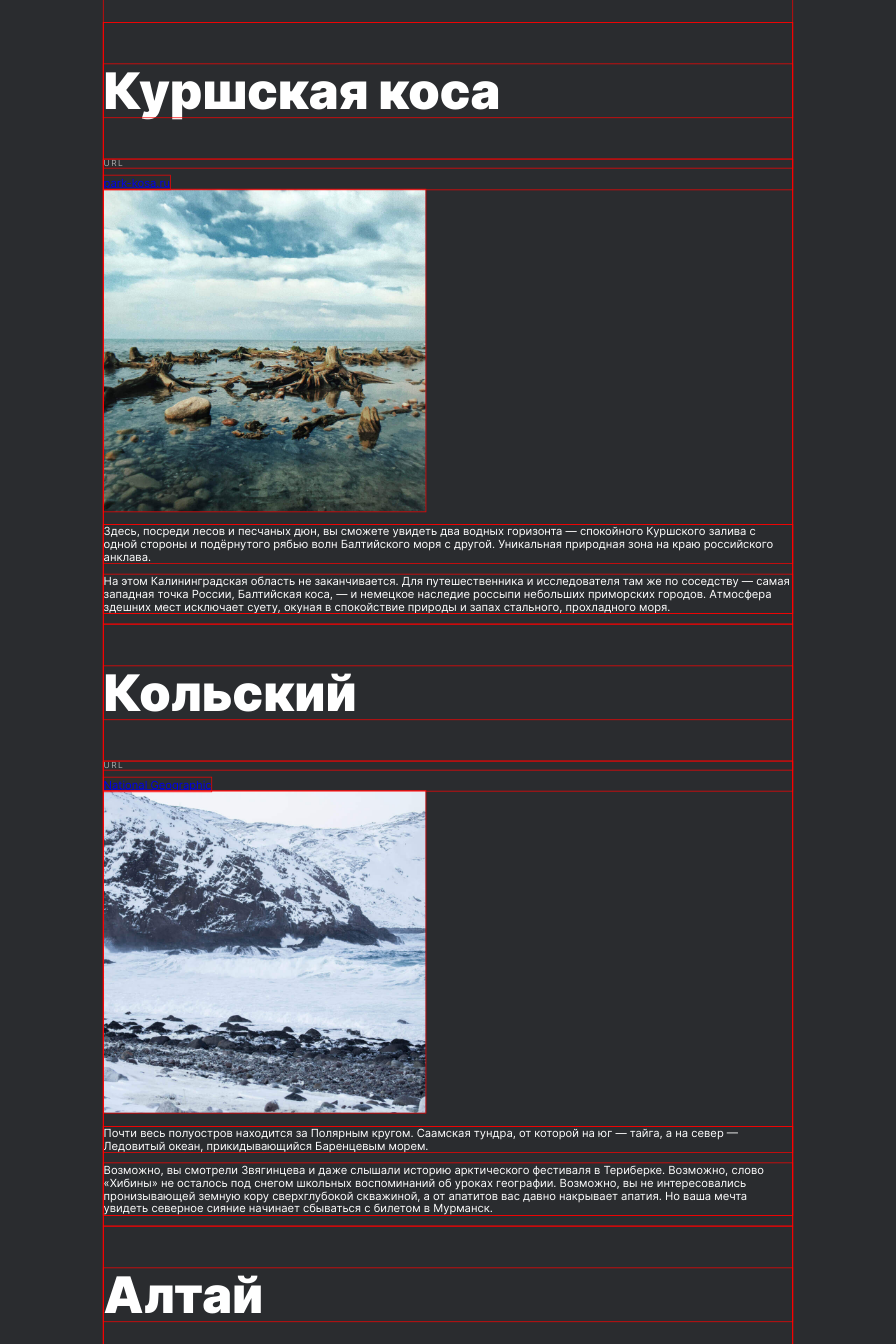
Repository: 89373611988/russia-travel
Page: index.html
These files come from the project's save history. The page is drawn as it stood at one moment and after the next save; the edit follows.
The browser window is 1280 px wide. The pictures show the part of the page from y = 2814 to 4734 px (the page is 8058 px tall before and 8076 px after), at 70% of full size.

Above is the page before, as saved 2021-12-22 20:48:10.

### index.html
<!DOCTYPE html>
<html lang="ru">
  <head>
    <meta charset="UTF-8" />
    <meta name="viewport" content="width=device-width, initial-scale=1">
    <title>Путешествие по России</title>
    <link rel="stylesheet" href="pages/index.css" />
  </head>

  <body>
    <div class="page">
      <header class="header page__header">
        <img src="./images/header-logo.svg" alt="" class="header__logo">
        <ul class="header__list">
          <li class="header__item">
            <a href="#" target="_blank" class="header__lang-link">Ru</a>
          </li>
          <li class="header__item">
            <a href="#" target="_blank" class="header__lang-link">En</a>
          </li>
        </ul>
      </header>
      <main class="content">

        <section class="lead">
          <h1 class="lead__title">Путешествия по России</h1>
          <p class="lead__subtitle">Настоящая страна не в выпусках новостей, а здесь.</p>
          <img src="./images/lead-polka.jpg" alt="Отдых в вагоне" class="lead__image">
          <p class="lead__caption">ваша полка — верхняя</p>
        </section>


        <section class="intro page__intro">
          <h2 class="intro__title">Чего мы там не видели?</h2>
          <p class="intro__text">По опросам ВЦИОМ, 95% россиян мечтают куда-нибудь поехать, но только 36% планируют провести отпуск в родной стране. Мол, чего мы тут, дома, не видели? На самом деле, Россия — это целая вселенная с ласковым морем юга, густыми лесами Саян и суровыми льдами плато Путорана. А ещё увидеть все эти красоты можно без миллионов на счету, загранпаспорта и многочасовых перелетов. Как, например, Вера Башмакова — смелая молодая мама, которая взяла в охапку троих детей, усадила их в свою «Ладу» и проехала 20 тысяч километров по родной стране. Мы выбрали и описали некоторые интересные места, достойные вашего отпуска.</p>
          <ul class="intro__list">
            <li class="intro__item">Часовых поясов
              <span class="intro__number">11</span>
            </li>
            <li class="intro__item">Объектов природного наследия ЮНЕСКО
              <span class="intro__number">12</span>
            </li>
            <li class="intro__item">Объектов культурного наследия ЮНЕСКО
              <span class="intro__number">16</span>
            </li>
            <li class="intro__item">Природных заповедников
              <span class="intro__number">105</span>
            </li>
            <li class="intro__item">Аэропортов
              <span class="intro__number">241</span>
            </li>
          </ul>
        </section>


        <section class="photo-grid">
          <img src="./images/photo-grid-train.jpg" alt="Вид из окна вагона" class="photo-grid__item">
          <img src="./images/photo-grid-atharva-tulsi.jpg" alt="Облака в горах" class="photo-grid__item">
          <img src="./images/photo-grid-tuman.jpg" alt="Собака на сене" class="photo-grid__item">
          <img src="./images/photo-grid-sochi.jpg" alt="Туман в горах" class="photo-grid__item">
          <img src="./images/photo-grid-arisa.jpg" alt="Машина на льду" class="photo-grid__item">
          <img src="./images/photo-grid-baikal.jpg" alt="Берег Байкала" class="photo-grid__item">
          <img src="./images/photo-grid-elbrus.jpg" alt="Гора Эльбрус" class="photo-grid__item">
          <img src="./images/photo-grid-kondratiev.jpg" alt="Пешеходный переход" class="photo-grid__item">
          <img src="./images/photo-grid-kamchatka-1.jpg" alt="Горный барельеф на Камчатке" class="photo-grid__item">
          <img src="./images/photo-grid-kamchatka-2.jpg" alt="Камчатка Гора" class="photo-grid__item">
          <img src="./images/photo-grid-baikal-2.jpg" alt="Горный берг Байкала" class="photo-grid__item">
          <img src="./images/photo-grid-ergaki.jpg" alt="Горы в тумане" class="photo-grid__item">
        </section>


        <section class="places page__places">
          <div class="place">
            <h2 class="place__title">Куршская коса</h2>
            <div class="place__website">
              <h3 class="place__url-heading">URL</h3>
              <a href="http://park-kosa.ru" class="place__link">park-kosa.ru</a>
            </div>
            <img src="./images/place-kosa.jpg" alt="Куршский залив" class="place__image">
            <div class="place__container">
              <p class="place__paragraph">Здесь, посреди лесов и песчаных дюн, вы сможете увидеть два водных горизонта — спокойного Куршского залива с одной стороны и подёрнутого рябью волн Балтийского моря с другой. Уникальная природная зона на краю российского анклава.</p>
            <p class="place__paragraph">На этом Калининградская область не заканчивается. Для путешественника и исследователя там же по соседству — самая западная точка России, Балтийская коса, — и немецкое наследие россыпи небольших приморских городов. Атмосфера здешних мест исключает суету, окуная в спокойствие природы и запах стального, прохладного моря.</p>
            </div>
          </div>
          <div class="place">
            <h2 class="place__title">Кольский</h2>
            <div class="place__website">
              <h3 class="place__url-heading">URL</h3>
              <a href="https://yourshot.nationalgeographic.com/photos/?keywords=kolskiy" class="place__link">National Geographic</a>
            </div>
            <img src="./images/place-kolsky.jpg" alt="Кольский полуостров" class="place__image">
            <div class="place__container">
              <p class="place__paragraph">Почти весь полуостров находится за Полярным кругом. Саамская тундра, от которой на юг — тайга, а на север — Ледовитый океан, прикидывающийся Баренцевым морем.</p>
              <p class="place__paragraph">Возможно, вы смотрели Звягинцева и даже слышали историю арктического фестиваля в Териберке. Возможно, слово «Хибины» не осталось под снегом школьных воспоминаний об уроках географии. Возможно, вы не интересовались пронизывающей земную кору сверхглубокой скважиной, а от апатитов вас давно накрывает апатия. Но ваша мечта увидеть северное сияние начинает сбываться с билетом в Мурманск.</p>
            </div>
          </div>
          <div class="place">
            <h2 class="place__title">Алтай</h2>
            <div class="place__website">
              <h3 class="place__url-heading">URL</h3>
              <a href="https://www.facebook.com/vera.bashmakova/posts/10156011613718822" class="place__link">Facebook</a>
            </div>
            <img src="./images/place-altai.jpg" alt="Природа Алтая" class="place__image">
            <div class="place__container">
              <p class="place__paragraph">Алтай — одно из красивейших мест в России.
                В первую очередь из-за гор: если ехать вдоль хребта, вы увидите склоны, усыпанные соснами, горные реки и озёра. А если вы откроете в автомобиле окна, сможете познакомиться с невидимым чудом здешних мест — горным воздухом.</p>
              <p class="place__paragraph">Климат на Алтае умеренный, поэтому ехать сюда лучше всего летом. Так вы увидите всё разнообразие местной флоры и фауны. По лесам Алтая бродят лоси, над хребтами летают орлы, а на равнинах пасутся косули. И знаменитые манулы — тоже обитатели Алтайского края.</p>
            </div>
          </div>
          <div class="place">
            <h2 class="place__title">Зимний Байкал</h2>
            <div class="place__website">
              <h3 class="place__url-heading">URL</h3>
              <a href="https://vk.com/baikalmile" class="place__link">https://vk.com/baikalmile</a>
            </div>
            <img src="./images/place-winter-baikal.jpg" alt="Морозные узора" class="place__image">
            <div class="place__container">
              <p class="place__paragraph">Всем известен Байкал как крупнейшее озеро
                в мире. Многие также знают, что это самый большой источник пресной воды и одно из красивейших мест в России.</p>
              <p class="place__paragraph">Конечно, это всё так. Но Байкал ещё идеальное    место для соревнований по скийорингу. Это такой вид спорта, когда лыжник привязывает себя к мотоциклу, и тандем старается развить как можно бóльшую скорость на льду. В марте 2019 года на фестивале «Байкальская миля» был поставлен мировой рекорд — 197.011 км/ч.</p>
            </div>
          </div>
          <div class="place">
            <h2 class="place__title">Карелия</h2>
            <div class="place__website">
              <h3 class="place__url-heading">URL</h3>
              <a href="http://vodlozero.ru" class="place__link">http://vodlozero.ru/</a>
            </div>
            <img src="./images/place-karelia.jpg" alt="Река в лесу" class="place__image">
            <div class="place__container">
              <p class="place__paragraph">Сибирь заканчивается не на Урале, а в Карелии: образующая тайгу сибирская лиственница не растёт западнее Водлозера. Зато здесь она вымахивает на 30 метров — леса карельских национальных парков из-за непроходимых болот никогда не знали топора. Некоторым соснам уже больше чем полтысячелетия. Прикоснитесь к живому существу, видевшему солнце раньше, чем увидал его Иван Грозный. В девственном лесу на сотню километров не встретишь тропы. А на редких тропинках деревья в паре метров от земли помечены медвежьими когтями. Чтобы все знали, кто тут хозяин.</p>
            </div>
          </div>
        </section>


        <section class="cover page__cover">
          <a href="https://stampsy.com/na-elektrichkakh-do-baikala" class="cover__overlay">
            <h2 class="cover__title">До Байкала «на собаках»</h2>
            <p class="cover__subtitle">По мотивам учебной темы о Транссибе — путешествие от столицы до Байкала на электричках.</p>
          </a>
        </section>
      </main>


      <footer class="footer">
        <ul class="footer__list">
          <li class="footer__item">
            <a href="https://yandex.ru/maps" class="footer__link">Карты</a>
          </li>
          <li class="footer__item">
            <a href="https://yandex.ru/pogoda" class="footer__link">Погода</a>
          </li>
          <li class="footer__item">
            <a href="https://rasp.yandex.ru" class="footer__link">Расписание</a>
          </li>
          <li class="footer__item">
            <a href="https://calendar.yandex.ru" class="footer__link">Календарь</a>
          </li>
          <li class="footer__item">
            <a href="https://travel.yandex.ru" class="footer__link">Путешествия</a>
          </li>
        </ul>
        <p class="footer__copyright">&copy; 2021. Эльвира Киямова</p>
      </footer>

    </div>
  </body>
</html>

### blocks/page/page.css
* {
  outline-width: 1px;
  outline-style: solid;
  outline-color: red;
}

.page {
  color: #ffffff;
  background-color: #2a2c2f;
  font-family: 'Inter', Arial, sans-serif;
  font-style: normal;
  padding: 28px 0 24px;
  -moz-osx-font-smoothing: grayscale;
  -webkit-font-smoothing: antialiased;
  -webkit-text-size-adjust: 100%;
  -ms-text-size-adjust: 100%;
  -moz-text-size-adjust: 100%;
  text-rendering: optimizeLegibility;
  display: flex;
  flex-direction: column;
  align-items: center;
}

### blocks/page/__header/page__header.css
.page__header {
  margin-bottom: 56px;
}

### blocks/page/__intro/page__intro.css
.page__intro {
  margin: 92px 0;
}

### blocks/page/__cover/page__cover.css
.page__cover {
  margin: 92px 0;
}

### blocks/page/__places/page__places.css
.page__places {
  margin: 92px auto 0;
}

### blocks/header/header.css
.header {
  display: flex;
  flex-direction: row;
  justify-content: space-between;
  width: 1184px;
}

@media (max-width: 1200px) {
  .header {
    width: 928px;
  }
}

@media (max-width: 940px) {
  .header {
    width: 720px;
  }
}

@media (max-width: 768px) {
  .header {
    width: 720px;
  }
}

@media (max-width: 730px) {
  .header {
    width: 600px;
  }
}

@media (max-width: 640px) {
  .header {
    width: 500px;
  }
}

@media (max-width: 540px) {
  .header {
    width: 400px;
  }
}

@media (max-width: 440px) {
  .header {
    width: 300px;
  }
}

@media (max-width: 320px) {
  .header {
    width: 288px;
  }
}

### blocks/header/__logo/header__logo.css
.header__logo {
  width: 176px;
  height: 52px;
}

@media (max-width: 500px) {
  .header__logo {
    width: 142px;
    height: 42px;
  }
}

### blocks/header/__list/header__list.css
.header__list {
  display: flex;
  flex-direction: row;
  align-items: flex-end;
  padding: 0;
  margin: 0;
}

### blocks/header/__item/header__item.css
.header__item {
  list-style-type: none;
  width: 30px;
  height: 28px;
}

.header__item:first-child {
  margin-right: 18px;
  text-decoration: underline;
}

### blocks/header/__lang-link/header__lang-link.css
.header__lang-link {
  font-size: 24px;
  line-height: 28px;
  color: #fff;
  text-decoration: none;
}

@media (max-width: 500px) {
  .header__lang-link {
    font-size: 18px;
    line-height: 20px;
  }
}

### blocks/content/content.css
@media (max-width: 320px) {
  .content {
    max-width: 320px;
  }
}

### blocks/lead/lead.css
.lead {
  display: flex;
  flex-direction: column;
  align-items: center;
}

@media (max-width: 1280px) {
  .lead {
    max-width: 984px;
  }
}

@media (max-width: 1100px) {
  .lead {
    margin: 0 48px;
    max-width: 928px;
  }
}

@media (max-width: 330px) {
  .lead {
    max-width: 320px;
  }
}

@media (max-width: 1024px) {
  .lead {
    margin: 0 48px;
    max-width: 768px;
}
}

@media (max-width: 850px) {
  .lead {
    margin: 0 auto;
    max-width: 768px;
  }
}

@media (max-width: 350px) {
  .lead {
    margin: 0;
  }
}

### blocks/lead/__title/lead__title.css
.lead__title {
  font-weight: 900;
  font-size: 96px;
  line-height: 100px;
  max-width: 720px;
  text-align: center;
  align-self: center;
  margin: 0;
}

@media (max-width: 768px) {
  .lead__title {
    font-size: 70px;
    line-height: 80px;
    max-width: 500px;
  }
}

@media (max-width: 520px) {
  .lead__title {
    font-size: 50px;
    line-height: 70px;
    max-width: 400px;
  }
}

@media (max-width: 440px) {
  .lead__title {
    font-size: 45px;
    line-height: 50px;
    max-width: 330px;
  }
}

@media (max-width: 320px) {
  .lead__title {
    font-size: 40px;
    line-height: 44px;
    max-width: 288px;
  }
}

### blocks/lead/__subtitle/lead__subtitle.css
.lead__subtitle {
  font-size: 30px;
  line-height: 36px;
  align-self: center;
  margin: 32px 0 64px;
  max-width: 640px;
  text-align: center;
}

@media (max-width: 680px) {
  .lead__subtitle {
    font-size: 28px;
    line-height: 30px;
    max-width: 550px;
  }
}

@media (max-width: 575px) {
  .lead__subtitle {
    font-size: 25px;
    line-height: 30px;
    max-width: 400px;
  }
}

@media (max-width: 430px) {
  .lead__subtitle {
    font-size: 18px;
    line-height: 25px;
    max-width: 300px;
  }
}

@media (max-width: 320px) {
  .lead__subtitle {
    font-size: 16px;
    line-height: 20px;
    max-width: 288px;
  }
}

### blocks/lead/__image/lead__image.css
.lead__image {
  max-width: 984px;
  max-height: 615px;
  margin: 0 auto;
}

@media (max-width: 1100px) {
  .lead__image {
    margin: 0 48px;
    width: 100%;
  }
}

@media (max-width: 1024px) {
  .lead__image {
    margin: 0 48px;
    max-width: 768px;
  }
}

@media (max-width: 850px) {
  .lead__image {
    margin: 0;
    width: 100%;
  }
}

@media (max-width: 320px) {
  .lead__image {
    max-width: 320px;
  }
}

### blocks/lead/__caption/lead__caption.css
.lead__caption {
  font-size: 10px;
  line-height: 14px;
  letter-spacing: 1.5px;
  margin: 8px 0 0;
  text-transform: uppercase;
  align-self: flex-start;
}

@media (max-width: 768px) {
  .lead__caption {
    margin-left: 24px;
  }
}

@media (max-width: 330px) {
  .photo-grid {
    max-width: 320px;
    margin-left: 16px;
  }
}

### blocks/intro/intro.css
.intro {
  max-width: 690px;
}

@media (max-width: 1024px) {
  .intro {
    margin-left: 48px;
  }
}

@media (max-width: 768px) {
  .intro {
    max-width: 720px;
    margin-left: 24px;
    margin-right: 24px;
  }
}

@media (max-width: 320px) {
  .intro {
    max-width: 288px;
    margin-left: 16px;
    margin-right: 16px;
  }
}

### blocks/intro/__title/intro__title.css
.intro__title {
  margin: 0;
  font-weight: 900;
  font-size: 54px;
  line-height: 58px;
}

@media (max-width: 768px) {
  .intro__title {
    font-size: 40px;
    line-height: 40px;
  }
}

@media (max-width: 400px) {
  .intro__title {
    font-size: 32px;
    line-height: 35px;
  }
}

### blocks/intro/__text/intro__text.css
.intro__text {
  font-size: 16px;
  line-height: 163%;
  margin: 40px 0 33px;
}

### blocks/intro/__list/intro__list.css
.intro__list {
  margin: 0;
  padding: 0;
  font-weight: bold;
  font-size: 12px;
  line-height: 18px;
}

### blocks/intro/__item/intro__item.css
.intro__item {
  list-style-type: none;
}

### blocks/intro/__number/intro__number.css
.intro__number {
  font-weight: normal;
}

### blocks/photo-grid/photo-grid.css
.photo-grid {
  display: grid;
  justify-content: center;
  grid-template-columns: repeat(auto-fit, minmax(284px, 1fr));
  grid-template-rows: repeat(auto-fit, minmax(213px, 1fr));
  gap: 16px;
  padding: 0;
  margin: 0;
}

@media (max-width: 1024px) {
  .photo-grid {
    gap: 14px;
    margin: 0 48px;
  }
}

@media (max-width: 770px) {
  .photo-grid {
    gap: 16px;
    margin: 0 24px;
  }
}

@media (max-width: 330px) {
  .photo-grid {
    width: 288px;
    margin: 0 auto;
  }
}

### blocks/places/places.css
.places {
  max-width: 984px;
  display: flex;
  flex-direction: column;
  align-items: center;
}

@media (max-width: 1024px) {
  .places {
    max-width: 928px;
    margin: 88px auto 0;
  }
}

@media (max-width: 960px) {
  .places {
    max-width: 928px;
    margin: 88px auto 0;
  }
}

@media (max-width: 930px) {
  .places {
    max-width: 720px;
    margin: 88px auto 0;
  }
}

@media (max-width: 730px) {
  .places {
    max-width: 500px;
  }
}

@media (max-width: 530px) {
  .places {
    max-width: 400px;
  }
}

@media (max-width: 425px) {
  .places {
    max-width: 320px;
    margin: 64px auto 0;
  }
}

### blocks/place/place.css

.place {

}

### blocks/place/__image/place__image.css
.place__image {
  max-width: 460px;
}

### blocks/place/__link/place__link.css
.place__link {

}

### blocks/place/__paragraph/place__paragraph.css
.place__paragraph {

}

### blocks/place/__title/place__title.css
.place__title {
  font-weight: 900;
  font-size: 72px;
  line-height: 76px;
}

### blocks/place/__url-heading/place__url-heading.css
.place__url-heading {
  font-weight: normal;
  font-size: 12px;
  line-height: 12px;
  letter-spacing: 2px;
  color: #aaa;
}

### blocks/place/__website/place__website.css
.place__website {

}

### blocks/cover/cover.css
.cover {

}

### blocks/cover/__title/cover__title.css
.cover__title {
  font-weight: 900;
  font-size: 72px;
  line-height: 76px;
  margin: 0;
  max-width: 560px;
  white-space: pre-line;
  text-align: center;
}

@media (max-width: 550px) {
  .cover__title {
    font-size: 50px;
    line-height: 45px;
    max-width: 450px;
  }
}

@media (max-width: 450px) {
  .cover__title {
    font-size: 40px;
    line-height: 40px;
    max-width: 320px;
  }
}

@media (max-width: 320px) {
  .cover__title {
    font-size: 32px;
    line-height: 35px;
    max-width: 288px;
  }
}

### blocks/cover/__subtitle/cover__subtitle.css
.cover__subtitle {
  font-size: 18px;
  line-height: 22px;
  margin: 32px 0 0;
  max-width: 360px;
  white-space: pre-line;
  text-align: center;
}

@media (max-width: 400px) {
  .cover__subtitle {
    font-size: 16px;
    line-height: 20px;
    max-width: 330px;
  }
}

@media (max-width: 320px) {
  .cover__subtitle {
    font-size: 14px;
    line-height: 16px;
    max-width: 288px;
  }
}

### blocks/cover/__overlay/cover__overlay.css
.cover__overlay {
  position: relative;
  color: #fff;
  text-decoration: none;
  display: flex;
  flex-direction: column;
  align-items: center;
  justify-content: center;
  min-height: 740px;
  max-width: 1184px;
  background-image: url(../../../images/cover-trains.jpg);
  background-size: cover;
  background-repeat: no-repeat;
  background-position: center;
  box-sizing: border-box;
  z-index: 0;
}

.cover__overlay::before {
  position: absolute;
  content: "";
  left: 0;
  top: 0;
  right: 0;
  bottom: 0;
  background: #2a2c2f;
  opacity: 0.3;
  z-index: -1;
  transition: opacity 0.3s;
}

.cover__overlay:hover::before {
  opacity: 0.7;
}

@media screen and (max-width: 1023px) {
  .cover__overlay {
    max-width: 100%;
  }
}

@media screen and (max-width: 768px) {
  .cover__overlay {
  }
}

@media screen and (max-width: 320px) {
  .cover__overlay {
    min-height: 200px;
  }
}

### blocks/footer/footer.css
.footer {
  width: 1184px;
  display: flex;
  flex-direction: row;
  justify-content: space-between;
}

@media (max-width: 1220px) {
  .footer {
    width: 1000px;
  }
}

@media (max-width: 1024px) {
  .footer {
    width: 928px;
  }
}

@media (max-width: 960px) {
  .footer {
    width: 800px;
  }
}

@media (max-width: 960px) {
  .footer {
    width: 800px;
  }
}

@media (max-width: 840px) {
  .footer {
    width: 750px;
  }
}

@media (max-width: 768px) {
  .footer {
    width: 720px;
  }
}

@media (max-width: 750px) {
  .footer {
    width: 186px;
    flex-direction: column;
    align-self: flex-start;
    margin-left: 16px;
  }
}

### blocks/footer/__list/footer__list.css
.footer__list {
  display: flex;
  flex-direction: row;
  padding: 0;
  margin: 0;
  font-size: 16px;
  line-height: 18px;
}

@media (max-width: 750px) {
  .footer__list {
    flex-direction: column;
    margin-bottom: 48px;
  }
}

@media (max-width: 400px) {
  .footer__list {
    font-size: 24px;
    line-height: 24px;
  }
}

### blocks/footer/__item/footer__item.css
.footer__item {
  list-style-type: none;
  margin-right: 18px;
}

@media (max-width: 750px) {
  .footer__item {
    width: 186px;
    margin-bottom: 32px;
  }
}

### blocks/footer/__link/footer__link.css
.footer__link {
  color: #fff;
  text-decoration: none;
}

.footer__link:hover {
  opacity: 0.7;
  cursor: pointer;
  transition: opacity 0.5s ease;
}

### blocks/footer/__copyight/footer__copyight.css
.footer__copyright {
  margin: 0;
  font-size: 14px;
  line-height: 16px;
}

@media (max-width: 320px) {
  .footer__copyright {
    line-height: 14px;
  }
}

### fonts/fonts/fonts.css
@font-face {
  font-family: 'Inter';
  font-style: normal;
  font-weight: 400;
  src: url("Inter-Regular.woff2") format("woff2"),
  url("Inter-Regular.woff?v=3.15") format("woff");
}

@font-face {
  font-family: 'Inter';
  font-style: normal;
  font-weight: 900;
  src: url("Inter-Black.woff2?v=3.15") format("woff2"),
  url("Inter-Black.woff?v=3.15") format("woff");
}

Loaded but not shown: styles/normalize.css (library); blocks/photo-grid/__item/photo-grid__item.css (common file); pages/index.css (54 lines, source omitted); blocks/place/__container/place__container.css (no copy from this time; the picture is the same without it)

After the next save:
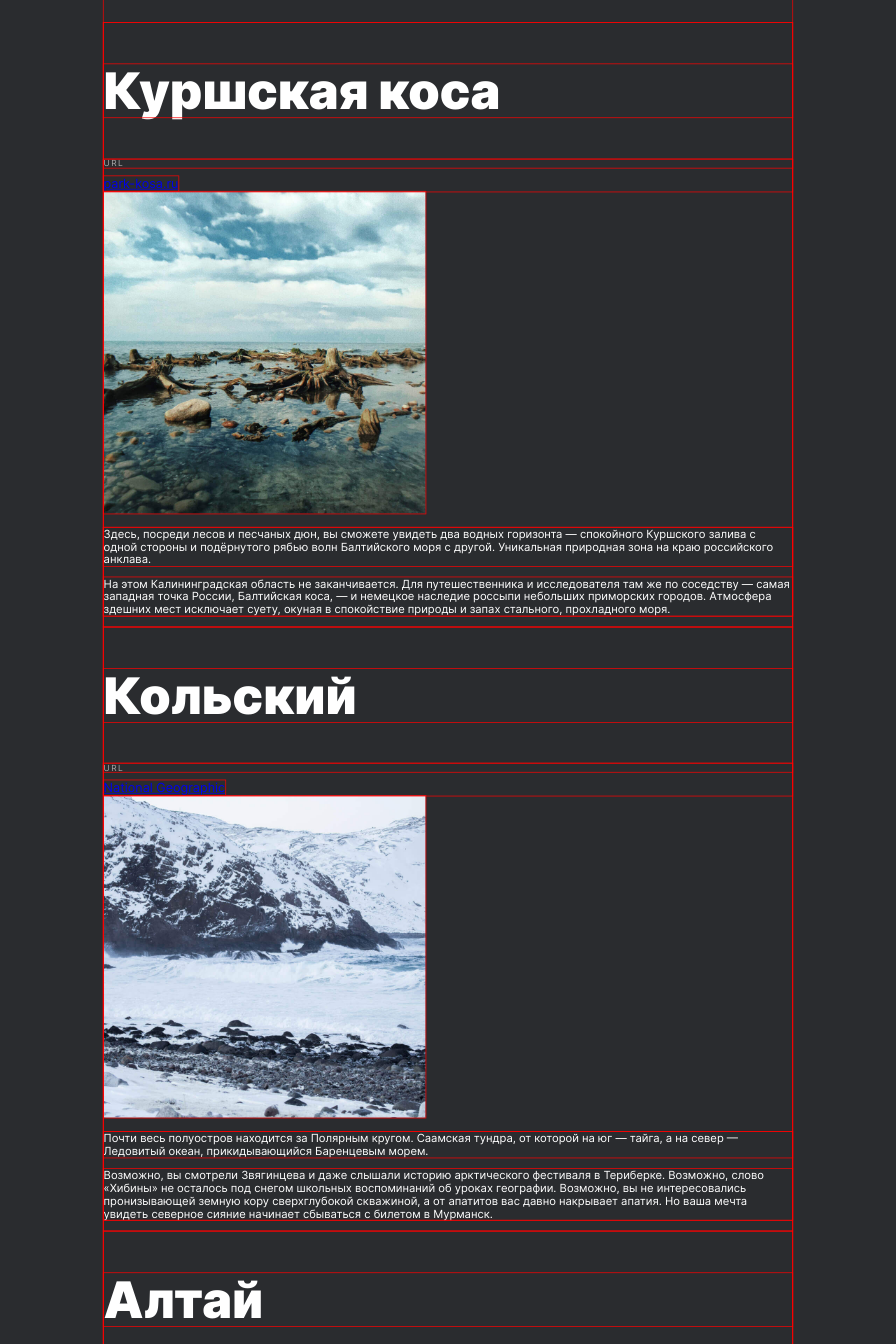
Saved 26 s later.
--- a/blocks/place/__link/place__link.css
+++ b/blocks/place/__link/place__link.css
@@ -1,3 +1,8 @@
 .place__link {
+  font-weight: normal;
+  font-size: 18px;
+  line-height: 22px;
+  /* identical to box height, or 122% */
 
+  text-decoration-line: underline;
 }
